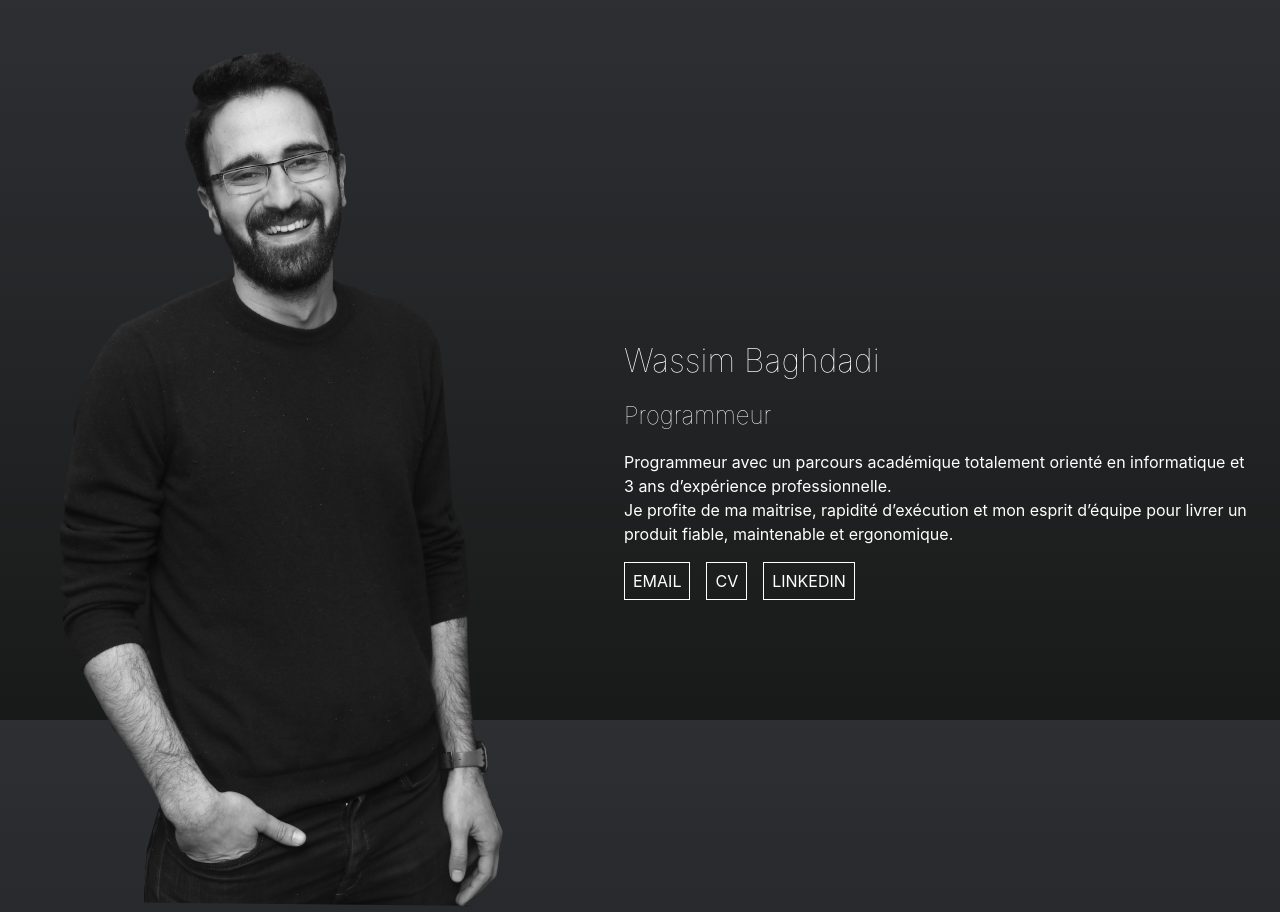
Repository: vvassim-baghdadi/wassimbaghdadi
Page: /
An editor plug-in stored every save of this project. The page is shown before and after the next save, followed by the edit.
The browser window is 1280 px wide. The pictures show the whole page.
The project was rebuilt for these pictures with package versions that can differ from the ones it lists, and the page was loaded fresh each time. The framework's server and built-in components were replaced by stand-ins that run in the browser. Also part of the build but not shown: next.config.js.

Above is the page before, as saved 2023-01-18 12:19:17.

After the next save:
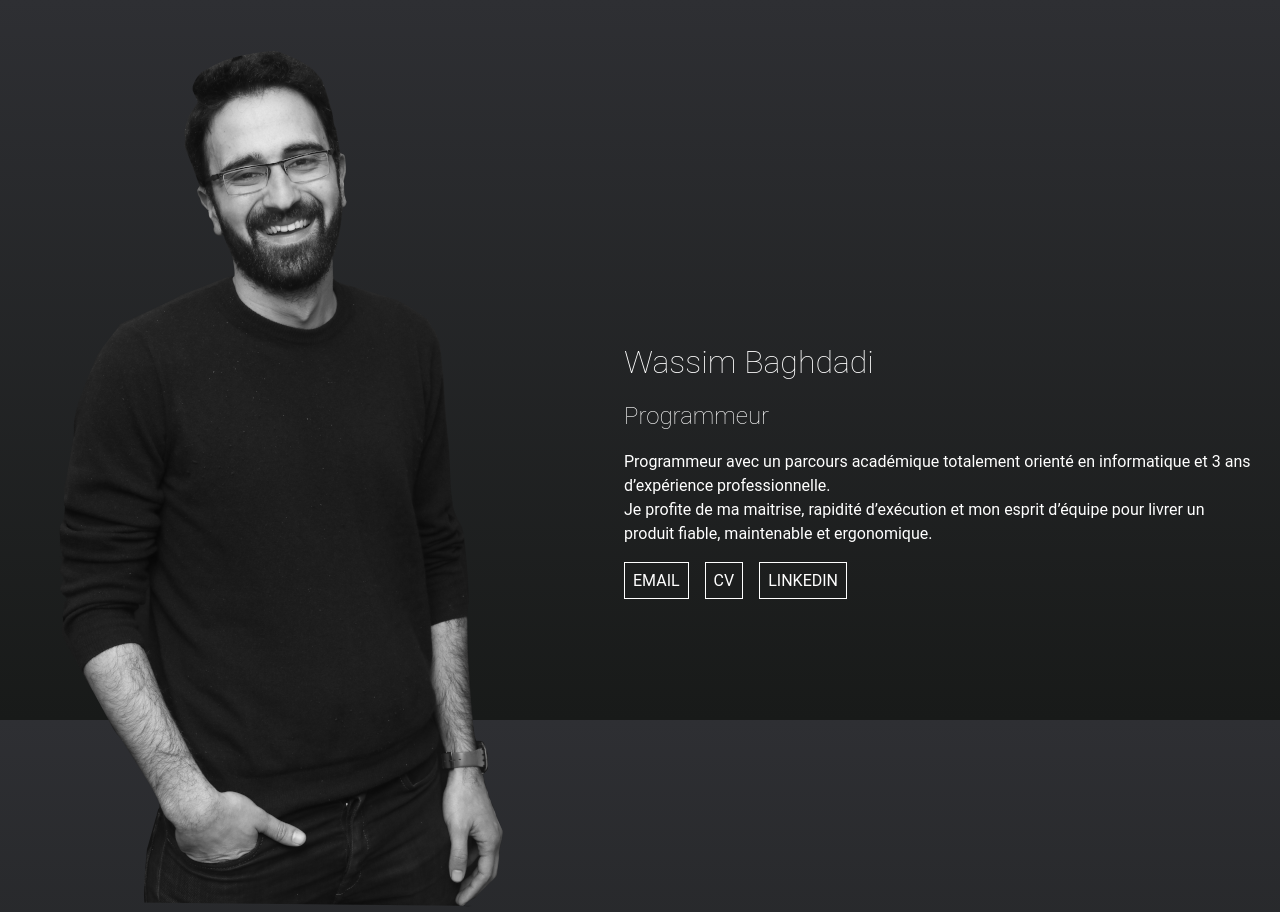
Saved 6 min 27 s later.
--- a/src/styles/globals.css
+++ b/src/styles/globals.css
@@ -6,7 +6,7 @@ html {
 }
 body {
   color: white;
-  font-family: -apple-system, BlinkMacSystemFont, "Segoe UI", "Ubuntu", "Roboto",
+  font-family: "Roboto", -apple-system, BlinkMacSystemFont, "Segoe UI", "Ubuntu",
     "Oxygen", "Helvetica Neue", Arial, sans-serif;
 }
 main {
